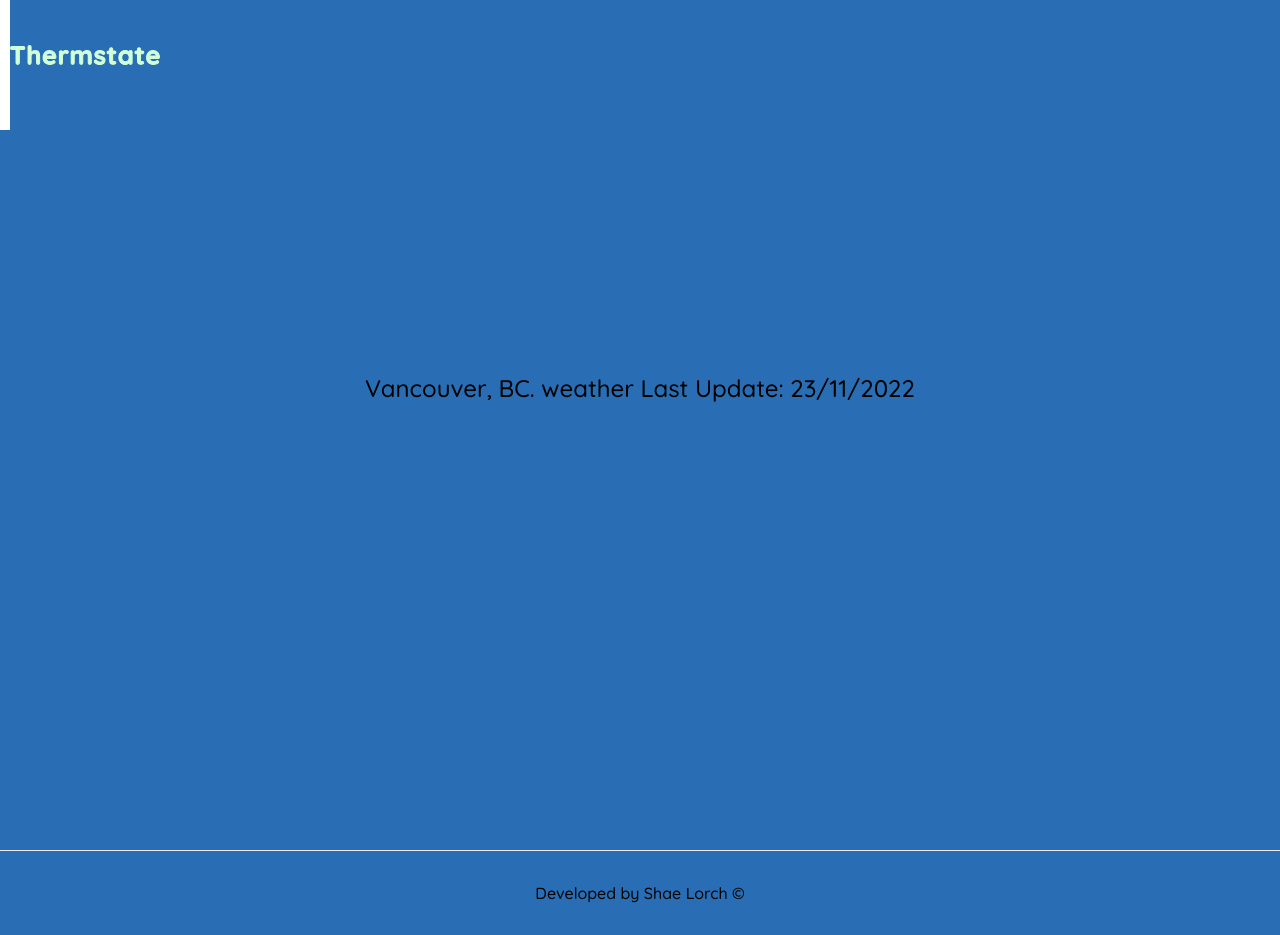
Repository: shaelorch/assessment2-DCD
Page: /
An editor plug-in stored every save of this project. The page is shown before and after the next save, followed by the edit.
The browser window is 1280 px wide. The pictures show the whole page.
Some web fonts or font styles are not loaded; a fallback is used. The project was rebuilt for these pictures with package versions that can differ from the ones it lists, and the page was loaded fresh each time. The framework's server and built-in components were replaced by stand-ins that run in the browser. Also part of the build but not shown: next.config.js, comps/weatherCard.js.

Above is the page before, as saved 2023-02-23 17:37:18.

### pages/index.js
import Head from 'next/head'
import Image from 'next/image'
import { useEffect, useRef, useState } from 'react';
import styles from '../styles/Home.module.css';
import axios from 'axios';
import WeatherCont from '../comps/weatherCard';
import NavBar from '../comps/Navbar';

export default function Home() {

  const apiKey = 'cbd83d03fd51593f0af105201d308067';
  const location = 'vancouver';
  const units = 'metric';
  const url = `https://api.openweathermap.org/data/2.5/forecast?q=${location}&units=${units}&appid=${apiKey}`;

  const [data, setData] = useState();

  const grabWeather = useRef(false);

  const fetchWeather = async () => {
    const response = await axios.get(url);
    console.log(response);

    console.log(response.data.list);
    const arrayOfDays = [];

    let weatherData = response.data.list.map((weather, index) => {
      console.log(parseInt(weather.dt_txt.substr(8, 2), 10));
      let num = parseInt(weather.dt_txt.substr(8, 2), 10);

      if (num !== arrayOfDays.find(element => element === num)) {
        arrayOfDays.push(num);
        console.log("Here");
        console.log(response.data.list[index]);
        var month = '';
        var icon = '';

        if (weather.dt_txt.substr(5, 2) == 1) {
          month = 'January';
        } else if (weather.dt_txt.substr(5, 2) == 2) {
          month = 'February';
        } else if (weather.dt_txt.substr(5, 2) == 3) {
          month = 'March';
        } else if (weather.dt_txt.substr(5, 2) == 4) {
          month = 'April';
        } else if (weather.dt_txt.substr(5, 2) == 5) {
          month = 'May';
        } else if (weather.dt_txt.substr(5, 2) == 6) {
          month = 'June';
        } else if (weather.dt_txt.substr(5, 2) == 7) {
          month = 'July';
        } else if (weather.dt_txt.substr(5, 2) == 8) {
          month = 'August';
        } else if (weather.dt_txt.substr(5, 2) == 9) {
          month = 'September';
        } else if (weather.dt_txt.substr(5, 2) == 10) {
          month = 'October';
        } else if (weather.dt_txt.substr(5, 2) == 11) {
          month = 'November';
        } else if (weather.dt_txt.substr(5, 2) == 12) {
          month = 'December';
        }

        if (weather.weather[0].main == 'Clouds') {
          icon = '/icons/cloud.svg'
        } else if (weather.weather[0].main == 'Clear') {
          icon = '/icons/clear.svg'
        } else if (weather.weather[0].main == 'Atmosphere') {
          icon = '/icons/atmosphere.svg'
        } else if (weather.weather[0].main == 'Rain') {
          icon = '/icons/rain.svg'
        } else if (weather.weather[0].main == 'Drizzle') {
          icon = '/icons/drizzle.svg'
        } else if (weather.weather[0].main == 'Snow') {
          icon = '/icons/snow.svg'
        } else if (weather.weather[0].main == 'Thunderstorm') {
          icon = '/icons/lightening.svg'
        }

        var now = new Date(weather.dt_txt);
        var days = ['Sunday', 'Monday', 'Tuesday', 'Wednesday', 'Thursday', 'Friday', 'Saturday']
        var day = days[now.getDate()];

        return ( <div className={styles.card} key={index} >
            <div className={styles.cardContent}>
              <Image style={{}}
                src={icon}
                alt="logo"
                width={80}
                height={80}
                priority
              />
              <div style={{ alignSelf: 'center', marginRight: 180 }}>
                <div>{weather.main.temp.toFixed(1)} °C</div>
                <div>{weather.weather[0].main}</div>
              </div>
              <p>
                {day} <br /> {month} {weather.dt_txt.substr(8, 2)}, {weather.dt_txt.substr(0, 4)}
              </p></div>
          </div>
        )
      }


    })
    console.log(arrayOfDays);
        setData(weatherData);

  }




  useEffect(() => {
    if (grabWeather.current === true) {
      fetchWeather();
    }

    return () => {
      grabWeather.current = true;
    }
  }, []);

  const current = new Date();
  const date = `${current.getDate()}/${current.getMonth() + 1}/${current.getFullYear()}`;


  return (

    <>
      <Head>

      </Head>
      <NavBar/>

      <main className={styles.main}>
        <div className={styles.description}>
          <p>
            Vancouver, BC. weather
            Last Update: {date}
          </p>

        </div>

        {/* <div className={styles.mainCard}>
          <div className={styles.mainCardContent}>
            {data}
          </div>

        </div> */}

        <div className={styles.grid}>
          <div>
            {data}
          </div>

        </div>

      </main>
      <footer className={styles.footer}>
      <div>
            <a>
              Developed by Shae Lorch &#169;
            </a>
          </div>
      </footer>

    </>

  )
}

### styles/globals.css
@import url('https://fonts.googleapis.com/css2?family=Tilt+Warp&display=swap');
@import url('https://fonts.googleapis.com/css2?family=Quicksand:wght@300;500;700&family=Tilt+Neon&family=Tilt+Warp&display=swap');

html,
body {
  padding: 0;
  margin: 0;
  font-family: -apple-system, BlinkMacSystemFont, Segoe UI, Roboto, Oxygen,
    Ubuntu, Cantarell, Fira Sans, Droid Sans, Helvetica Neue, sans-serif;
}

a {
  color: inherit;
  text-decoration: none;
}

* {
  box-sizing: border-box;
}

@media (prefers-color-scheme: dark) {
  html {
    color-scheme: dark;
  }
  body {
    color: white;
    background: black;
  }
}

### styles/Home.module.css
.container {
  padding: 0 2rem;
  background-color: #296EB4;
}

.main {
  min-height: 100vh;
  padding: 4rem 0;
  flex: 1;
  display: flex;
  flex-direction: column;
  justify-content: center;
  align-items: center;
  background-color: #296EB4;
  font-family:quicksand, cursive;

}



.card {
  background: rgb(255,255,255);
  background: linear-gradient(0deg, rgba(255,255,255,0) 0%, rgba(136,198,255,1) 47%);
  width:100%;
  height:100%;
  border-radius:20px;
  padding-left:5%;
  margin-bottom: 8%;
}

.mainCardContent {

  display: flex;
  flex-direction: column;

}

.cardContent {
  display: flex;
  flex-direction: row;
  justify-content: space-between;
  margin-right: 5%;
  align-content:center;
}

.logoCont {
  margin-top:-20px;
  margin-left: 10px;
  display: flex;
  flex-direction: row;
  justify-content: space-between;
  background-color: #296EB4;
}



.footer {
  display: flex;
  flex: 1;
  padding: 2rem 0;
  border-top: 1px solid #eaeaea;
  justify-content: center;
  align-items: center;
  background-color: #296EB4;
  font-family: quicksand, cursive;
}

.footer a {
  display: flex;
  justify-content: center;
  align-items: center;
  flex-grow: 1;
}

.title a {
  color: #0070f3;
  text-decoration: none;
}

.title a:hover,
.title a:focus,
.title a:active {
  text-decoration: underline;
}

.title {
  margin: 0;
  line-height: 1.15;
  font-size: 4rem;
}

.title,
.description {
  text-align: center;
}

.description {
  margin: 4rem 0;
  line-height: 1.5;
  font-size: 1.5rem;
}

.code {
  background: #fafafa;
  border-radius: 5px;
  padding: 0.75rem;
  font-size: 1.1rem;
  font-family: Menlo, Monaco, Lucida Console, Liberation Mono, DejaVu Sans Mono,
    Bitstream Vera Sans Mono, Courier New, monospace;
}

.grid {
  display: flex;
  align-items: center;
  justify-content: center;
  flex-wrap: wrap;
  max-width: 800px;
  margin:8%;
}

.mainCard {
  height:384px;
  width:338px;
  background: rgb(255,255,255);
  background: linear-gradient(0deg, rgba(255,255,255,0) 0%, rgba(136,198,255,1) 47%);
  border-radius: 20px;;
}





.logo {
  height: 1em;
  margin-left: 0.5rem;
}

@media (max-width: 600px) {
  .grid {
    width: 100%;
    flex-direction: column;
  }
}

@media (prefers-color-scheme: dark) {
  .card,
  .footer {
    border-color: #222;
  }
  .code {
    background: #111;
  }
  .logo img {
    filter: invert(1);
  }
}

### comps/Navbar.js
import Image from "next/image"
import styles from '../styles/Home.module.css'

export default function NavBar() {

    return(<div className={styles.logoCont}>
        <Image src="/logo.svg"
        alt="logo"
        width={150}
        height={150}
        />
    </div>

    )
}

Loaded but not shown: pages/_app.js (common file)

After the next save:
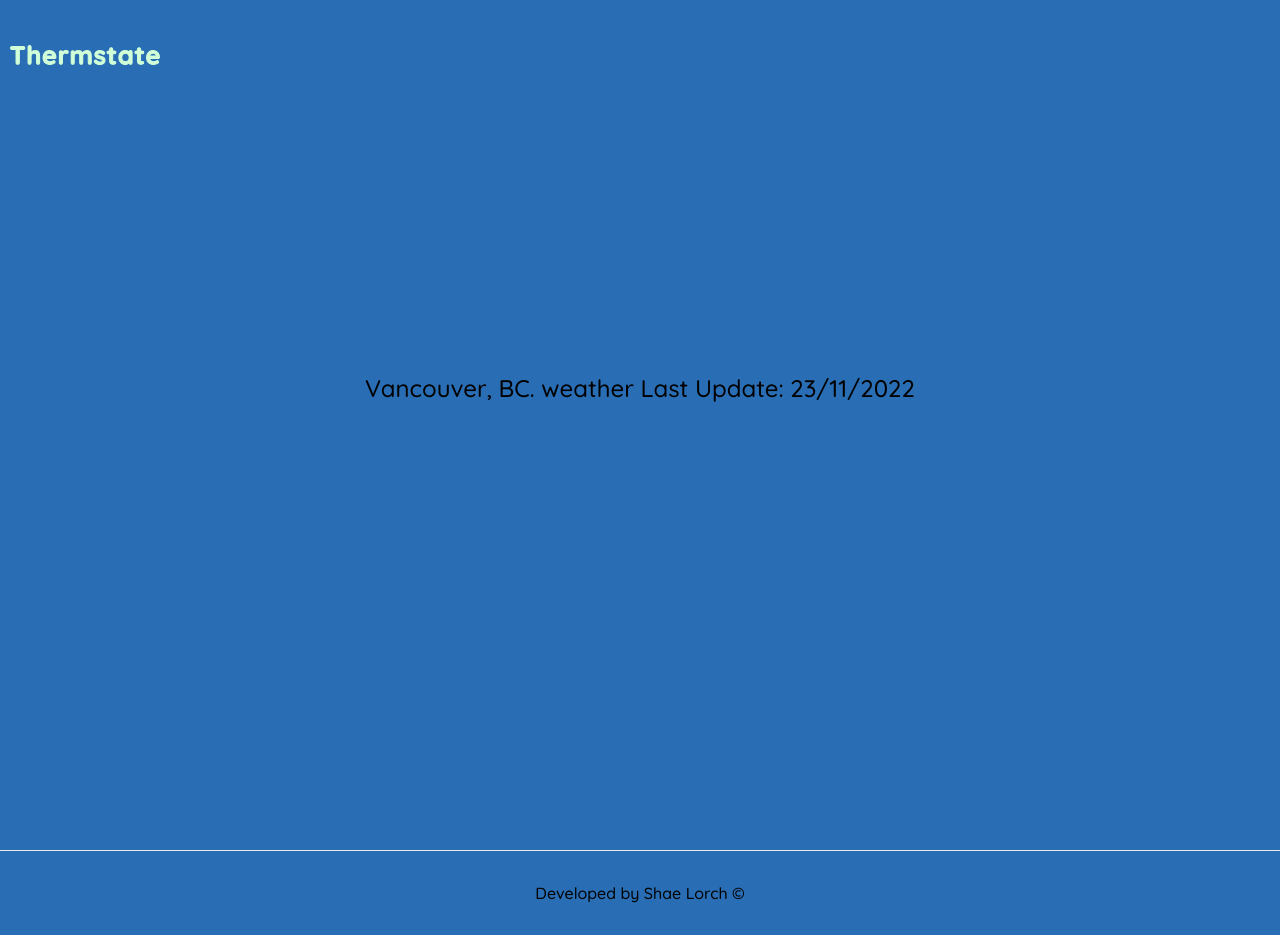
Saved 10 s later.
--- a/styles/Home.module.css
+++ b/styles/Home.module.css
@@ -45,7 +45,7 @@
 
 .logoCont {
   margin-top:-20px;
-  margin-left: 10px;
+  padding-left: 10px;;
   display: flex;
   flex-direction: row;
   justify-content: space-between;
